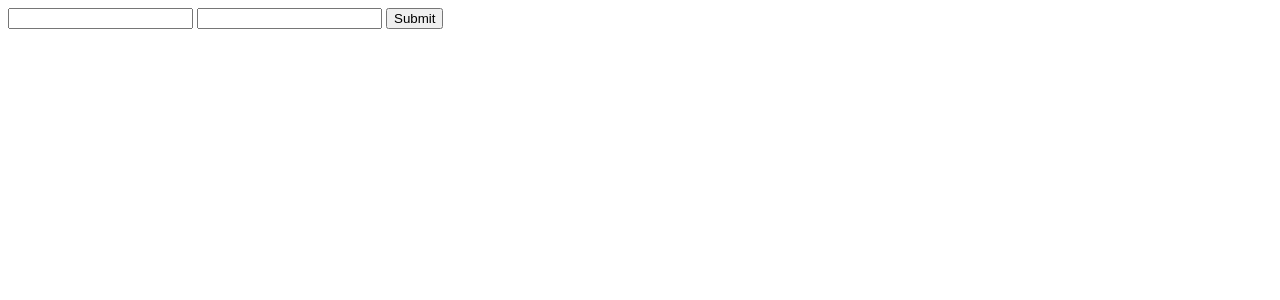
Repository: adityakansara1/JavaContent
Page: http://localhost/LoginLogout/login.jsp
An editor plug-in stored every save of this project. The page is shown before and after the next save, followed by the edit.
The browser window is 1280 px wide. The pictures show the whole page.
The page is served by Tomcat 9. Other server files are loaded and not shown.

Above is the page before, as saved 2020-08-12 11:53:52.

### LoginLogout/WebContent/login.jsp
<%@ page language="java" contentType="text/html; charset=ISO-8859-1"
    pageEncoding="ISO-8859-1"%>
<!DOCTYPE html>
<html>
<head>
<meta charset="ISO-8859-1">
<title>Insert title here</title>
</head>
<body>
	<form action="">
		<input type="text" name="uName">
		<input type="password" name="pWord">
		<input type="submit">
	</form>
</body>
</html>

After the next save:
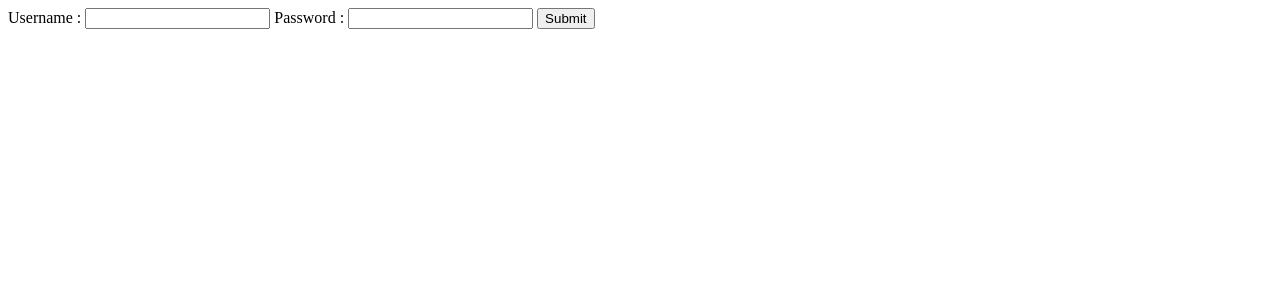
Saved 85 s later.
--- a/LoginLogout/WebContent/login.jsp
+++ b/LoginLogout/WebContent/login.jsp
@@ -7,9 +7,9 @@
 <title>Insert title here</title>
 </head>
 <body>
-	<form action="">
-		<input type="text" name="uName">
-		<input type="password" name="pWord">
+	<form action="login">
+		Username : <input type="text" name="usename">
+		Password : <input type="password" name="password">
 		<input type="submit">
 	</form>
 </body>
